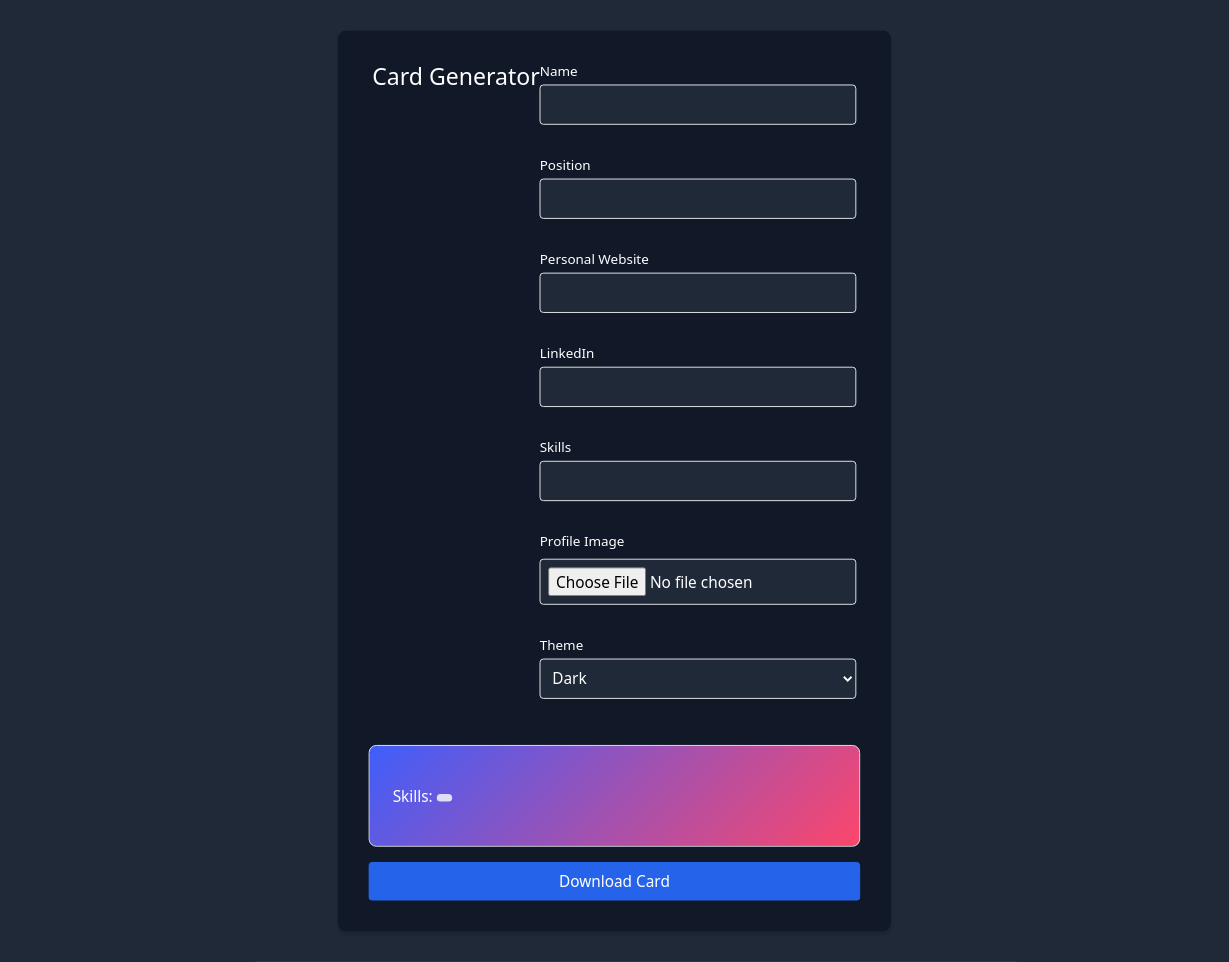
Repository: SmanSayeed/card-generator-react-application
Page: /
An editor plug-in stored every save of this project. The page is shown before and after the next save, followed by the edit.
The browser window is 1280 px wide. The pictures show the whole page, at 96% of full size.
The project was rebuilt for these pictures with package versions that can differ from the ones it lists, and the page was loaded fresh each time. Also part of the build but not shown: vite.config.js.

Above is the page before, as saved 2024-09-24 16:25:37.

### src/main.jsx
import { StrictMode } from 'react'
import { createRoot } from 'react-dom/client'
import './index.css';
import App from './App';
import { Provider } from 'react-redux';
import { configureStore } from '@reduxjs/toolkit';
import { persistStore } from 'redux-persist';
import { PersistGate } from 'redux-persist/integration/react';
import cardReducer from './features/cardSlice';

const store = configureStore({
  reducer: {
    card: cardReducer,
  },
});
const persistor = persistStore(store);
createRoot(document.getElementById('root')).render(
  <StrictMode>
     <Provider store={store}>
     <PersistGate loading={null} persistor={persistor}>
    <App />
    </PersistGate>
    </Provider>
  </StrictMode>,
)

### src/App.jsx
import React from 'react';
import { useDispatch, useSelector } from 'react-redux';
import { updateField, setTheme } from './features/cardSlice';
import './App.css';
import CardGenerator from './components/template/CardGenerator';

const themes = {
  dark: "bg-gray-800 text-white",
  light: "bg-white text-black",
  green: "bg-green-200 text-black",
  blue: "bg-blue-200 text-black",
  minimal: "bg-gray-200 text-black",
};

function App() {

  return (
    <div className="p-8 min-h-screen bg-gray-800 text-white">
    <CardGenerator />
  </div>
  );
}

export default App;

### src/features/cardSlice.js
import { createSlice } from '@reduxjs/toolkit';
import { persistReducer } from 'redux-persist';
import storage from 'redux-persist/lib/storage';

const cardSlice = createSlice({
  name: 'card',
  initialState: {
    name: '',
    position: '',
    profileImage: '',
    personalWebsite: '',
    linkedin: '',
    skills: '',
    theme: 'dark', // default theme
  },
  reducers: {
    updateField: (state, action) => {
      const { field, value } = action.payload;
      state[field] = value;
    },
    setTheme: (state, action) => {
      state.theme = action.payload;
    },
  },
});

const persistConfig = {
  key: 'root',
  storage,
};

const persistedReducer = persistReducer(persistConfig, cardSlice.reducer);

export const { updateField, setTheme } = cardSlice.actions;
export default persistedReducer;

### src/App.css
.body.dark-mode {
  background: black;
  color: white;
  font-family: 'Arial', sans-serif;
}
ul {
  list-style: none;
  padding: 0;
}
.badge {
  display: inline-block;
  font-size: 0.875em;
  margin-right: 0.25rem;
  padding: 0.25rem 0.5rem;
  background: rgba(255,255,255,0.8);
}
.card {
  background: linear-gradient(135deg, rgba(63,94,251,1) 0%, rgba(252,70,107,1) 100%);
}

### src/components/template/CardGenerator.jsx
import React from "react";

import html2canvas from "html2canvas";
import jsPDF from "jspdf";
import CardForm from "../organisms/CardForm";
import Card from "../organisms/Card";
import Button from "../atoms/Button";

const CardGenerator = () => {
  const downloadCard = () => {
    const input = document.getElementById("card");
    html2canvas(input).then((canvas) => {
      const imgData = canvas.toDataURL("image/png");
      const pdf = new jsPDF();
      pdf.addImage(imgData, "PNG", 0, 0);
      pdf.save("card.pdf");
    });
  };

  return (
    <div className="max-w-xl mx-auto bg-gray-900 text-white p-8 rounded-lg shadow-md">
      <div className="flex justify-center align-items-center">
      <h1 className="text-2xl mb-4">Card Generator</h1>
      <CardForm />
      </div>

      <div id="card">
        <Card />
      </div>
      <Button onClick={downloadCard}>Download Card</Button>
    </div>
  );
};

export default CardGenerator;

### src/components/organisms/CardForm.js
import React from 'react';
import FormField from '../molecules/FormField';
import Button from '../atoms/Button';
import { useDispatch, useSelector } from 'react-redux';
import { updateField, setTheme } from '../../features/cardSlice';

const CardForm = () => {
  const dispatch = useDispatch();
  const card = useSelector((state) => state.card);

  const handleChange = (e) => {
    const { name, value } = e.target;
    dispatch(updateField({ field: name, value }));
  };

  const handleThemeChange = (e) => {
    dispatch(setTheme(e.target.value));
  };

  return (
    <form className="grid grid-cols-1 gap-4">
      <FormField type="text" label="Name" name="name" value={card.name} onChange={handleChange} />
      <FormField type="text" label="Position" name="position" value={card.position} onChange={handleChange} />
      <FormField type="text" label="Personal Website" name="personalWebsite" value={card.personalWebsite} onChange={handleChange} />
      <FormField type="text" label="LinkedIn" name="linkedin" value={card.linkedin} onChange={handleChange} />
      <FormField type="text" label="Skills" name="skills" value={card.skills} onChange={handleChange} />
      <FormField type="file" label="Profile Image" onChange={(e) => handleChange({ target: { name: 'profileImage', value: URL.createObjectURL(e.target.files[0]) } })} />
      <FormField type="select" label="Theme" name="theme" value={card.theme} onChange={handleThemeChange} options={[
        { value: 'dark', label: 'Dark' },
        { value: 'light', label: 'Light' },
        { value: 'green', label: 'Green' },
        { value: 'blue', label: 'Blue' },
        { value: 'minimal', label: 'Minimal' },
      ]} />
    </form>
  );
};

export default CardForm;

### src/components/organisms/Card.js
import React from 'react';
import { useSelector } from 'react-redux';

const themes = {
  dark: 'bg-gray-800 text-white',
  light: 'bg-white text-black',
  green: 'bg-green-200 text-black',
  blue: 'bg-blue-200 text-black',
  minimal: 'bg-gray-200 text-black',
};

const Card = () => {
  const card = useSelector((state) => state.card);

  return (
    <div className={`card mt-8 p-6 rounded-lg border shadow-sm ${themes[card.theme]}`}>
      <div className="flex items-center mb-4">
        {card.profileImage && (
          <img src={card.profileImage} alt="Profile" className="w-12 h-12 rounded-full mr-4" />
        )}
        <div>
          <h2 className="text-xl">{card.name}</h2>
          <p>{card.position}</p>
        </div>
      </div>

      <div className="mb-4">
        <a href={card.personalWebsite} target="_blank" className="block">
          {card.personalWebsite}
        </a>
        <a href={card.linkedin} target="_blank" className="block">
          {card.linkedin}
        </a>
      </div>

      <div className="mb-4">
        <p>
          Skills: {card.skills.split(',').map((skill) => (
            <span key={skill} className="badge bg-gray-200 text-black p-1 rounded mr-1">
              {skill}
            </span>
          ))}
        </p>
      </div>

      <div className="mt-4">
        <a href={card.personalWebsite} target="_blank" className="block mt-2 text-sm">
          {card.personalWebsite}
        </a>
      </div>
    </div>
  );
};

export default Card;

### src/components/atoms/Button.js
import React from 'react';

const Button = ({ onClick, children, ...props }) => (
  <button
    onClick={onClick}
    className="mt-4 w-full p-2 bg-blue-600 text-white rounded"
    {...props}
  >
    {children}
  </button>
);

export default Button;

### src/components/molecules/FormField.js
import React from 'react';
import TextInput from '../atoms/TextInput';
import FileInput from '../atoms/FileInput';
import SelectInput from '../atoms/SelectInput';

const FormField = ({ type, ...props }) => {
  switch (type) {
    case 'text':
      return <TextInput {...props} />;
    case 'file':
      return <FileInput {...props} />;
    case 'select':
      return <SelectInput {...props} />;
    default:
      return null;
  }
};

export default FormField;

### src/components/atoms/textInput.js
import React from 'react';

const TextInput = ({ label, name, value, onChange, ...props }) => (
  <div className="mb-4">
    {label && <label className="block text-sm mb-1">{label}</label>}
    <input
      type="text"
      name={name}
      value={value}
      onChange={onChange}
      className="p-2 bg-gray-800 border rounded w-full"
      {...props}
    />
  </div>
);

export default TextInput;

### src/components/atoms/fileInput.js
import React from 'react';

const FileInput = ({ label, name, onChange }) => (
  <div className="mb-4">
    {label && <label className="block text-sm mb-1">{label}</label>}
    <input
      type="file"
      name={name}
      onChange={onChange}
      className="mt-1 p-2 bg-gray-800 border rounded w-full"
    />
  </div>
);

export default FileInput;

### src/components/atoms/selectInput.js
import React from 'react';

const SelectInput = ({ label, name, value, onChange, options }) => (
  <div className="mb-4">
    {label && <label className="block text-sm mb-1">{label}</label>}
    <select
      name={name}
      value={value}
      onChange={onChange}
      className="p-2 bg-gray-800 border rounded w-full"
    >
      {options.map((option, index) => (
        <option key={index} value={option.value}>
          {option.label}
        </option>
      ))}
    </select>
  </div>
);

export default SelectInput;

### tailwind.config.js
// tailwind.config.js
/** @type {import('tailwindcss').Config} */
export default {
  content: ["./index.html", "./src/**/*.{js,ts,jsx,tsx}"],
  theme: {
    extend: {},
  },
  plugins: [],
};

Loaded but not shown: index.html (common file); src/index.css (common file)

After the next save:
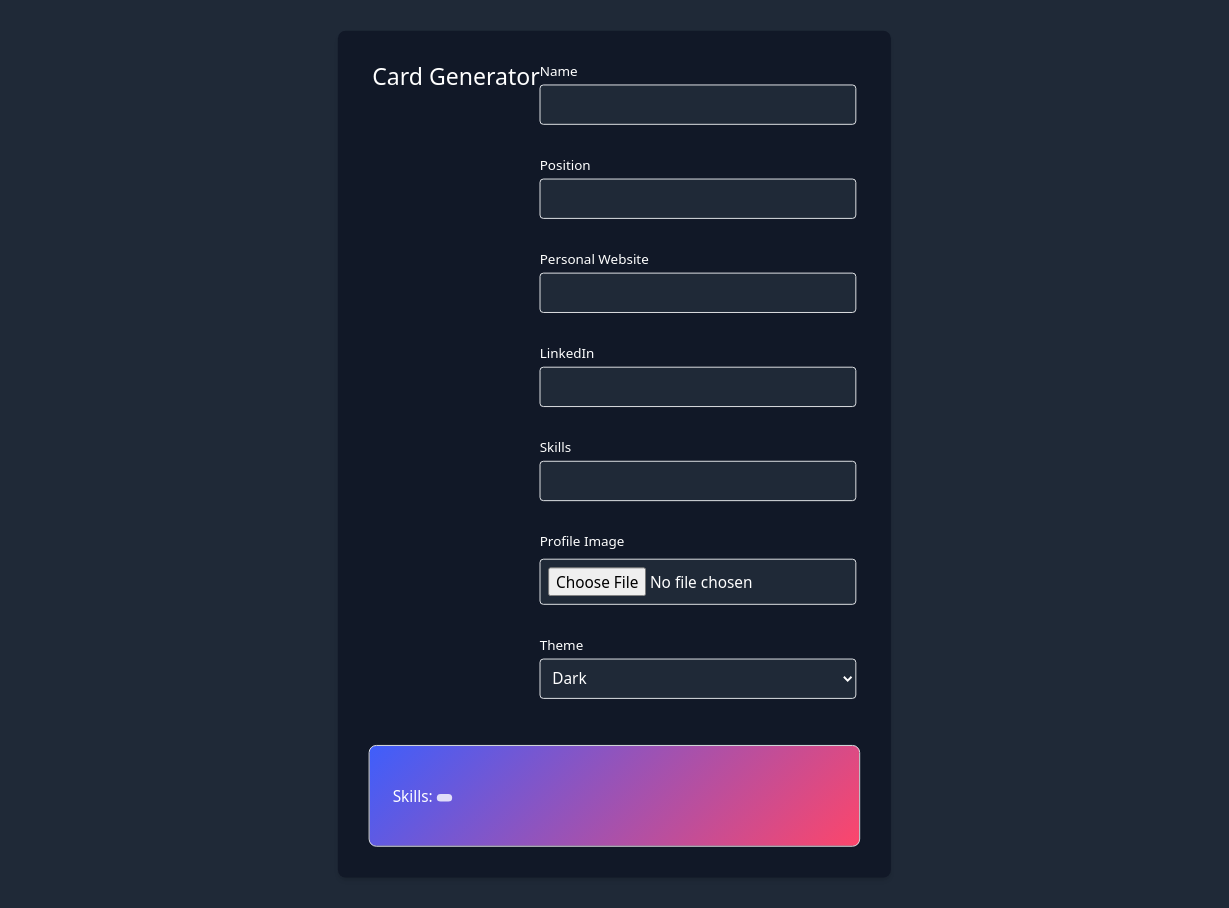
Saved 5 s later.
--- a/src/components/template/CardGenerator.jsx
+++ b/src/components/template/CardGenerator.jsx
@@ -27,7 +27,7 @@ const CardGenerator = () => {
       <div id="card">
         <Card />
       </div>
-      <Button onClick={downloadCard}>Download Card</Button>
+
     </div>
   );
 };
